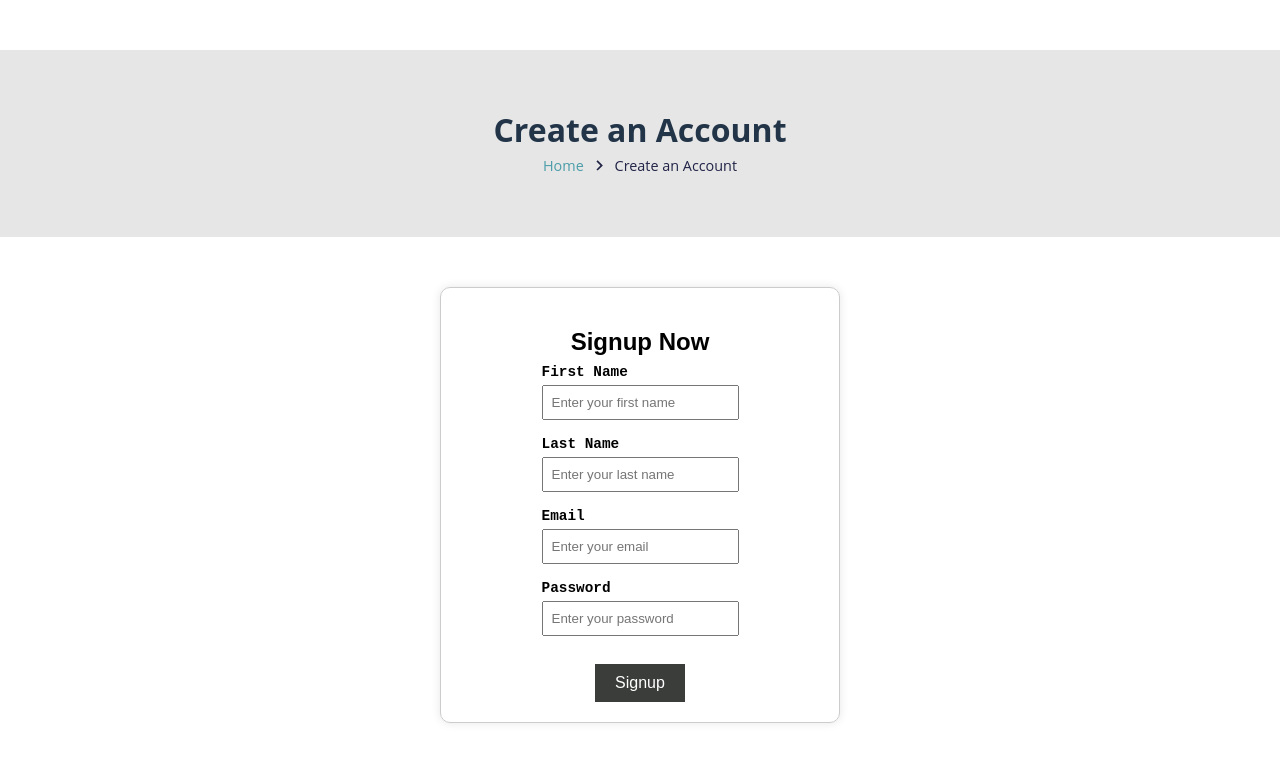
Repository: jkvekariya/Online-store-Management
Page: /auth/signup (app in frontend/client/)
The author's editor kept a copy of each file at every save. The page is drawn from the files as they stood at one save, then again after the next save.
The browser window is 1280 px wide. The pictures show the whole page.
Some web fonts or font styles are not loaded; a fallback is used. The project was rebuilt for these pictures with package versions that can differ from the ones it lists, and the page was loaded fresh each time. Also part of the build but not shown: frontend/client/vite.config.js, frontend/client/src/css/header.css, frontend/client/src/css/sidebar.css, frontend/client/src/components/Sidebar.jsx, frontend/client/src/context/CartContext.jsx, frontend/client/src/components/Header.jsx, frontend/client/src/css/footer.css, frontend/client/src/components/Footer.jsx and 11 more.

Above is the page before, as saved 2026-01-02 13:46:10.

### frontend/client/index.html
<!doctype html>
<html lang="en">
  <head>
    <meta charset="UTF-8" />
    <link rel="icon" type="image/svg+xml" href="/vite.svg" />
    <meta name="viewport" content="width=device-width, initial-scale=1.0" />
    <title>Online Store Management System</title>
  </head>
  <body>
    <div id="root"></div>
    <script type="module" src="/src/main.jsx"></script>
  </body>
</html>

### frontend/client/src/main.jsx
import React from 'react'
import ReactDOM from 'react-dom/client'
import { BrowserRouter } from 'react-router-dom'
import App from './App.jsx'
import './index.css'

ReactDOM.createRoot(document.getElementById('root')).render(
  <React.StrictMode>
    <BrowserRouter>
      <App />
    </BrowserRouter>
  </React.StrictMode>,
)

### frontend/client/src/App.jsx
import { Routes, Route } from "react-router-dom";

import AuthLayout from "./layout/AuthLayout";
import UserLayout from "./layout/UserLayout";
import AdminLayout from "./layout/AdminLayout";

import Login from "./pages/auth/Login";
import Signup from "./pages/auth/Signup";
import Home from "./pages/user/Home";
import Dashboard from "./pages/admin/Dashboard";
import Contact from "./pages/user/Contact";
import About from "./pages/user/About";
import Services from "./pages/user/Services";
import Shop from "./pages/user/Shop";

function App() {
  return (
    <Routes>

      {/* AUTH ROUTES */}
      <Route path="/auth" element={<AuthLayout />}>
        <Route path="login" element={<Login />} />
        <Route path="signup" element={<Signup />} />
      </Route>

      {/* USER ROUTES */}
      <Route path="/" element={<UserLayout />}>
        <Route index element={<Home />} />
        <Route path="pages/user/contact" element={<Contact />} />
        <Route path="pages/user/about" element={<About />} />
        <Route path="pages/user/services" element={<Services />} />
        <Route path="pages/user/shop" element={<Shop />} />
      </Route>

      {/* ADMIN ROUTES */}
      <Route path="/admin" element={<AdminLayout />}>
        <Route path="dashboard" element={<Dashboard />} />
      </Route>

    </Routes>
  );
}

export default App;

### frontend/client/src/index.css
* {
  margin: 0;
  padding: 0;
  box-sizing: border-box;
}

#root {
  min-height: 100vh;
}

### frontend/client/src/layout/AuthLayout.jsx
import { Outlet } from "react-router-dom";

const AuthLayout = () => {
  return (
    <div>
      {/* <h2>Auth Section</h2> */}
      <Outlet />
    </div>
  );
};

export default AuthLayout;

### frontend/client/src/pages/auth/Signup.jsx
import React, { useState } from 'react'
import "../../css/signup.css"
import Bodyheader from '../../components/BodyHeader';

const Signup = () => {

    const [email,setEMail] = useState("");
    const [password,setPassword] = useState("");
    const [firstName,setFirstName] = useState("");
    const [lastName,setLastName] = useState("");

  return (
    <>
    <Bodyheader title="Create an Account" />
    <div className='main-container'>
      <h2>Signup Now</h2>
      <div className='first-name-box'>
            <label htmlFor="text">First Name</label>
            <input type="text"
            id="first-name"
            value={firstName}
            onChange={(e) => setFirstName(e.target.value)}
            placeholder='Enter your first name'
            />
        </div>
        <div className='last-name-box'>
            <label htmlFor="text">Last Name</label>
            <input type="text"
            id="last-name"
            value={lastName}
            onChange={(e) => setLastName(e.target.value)}
            placeholder='Enter your last name'
            />
        </div>
        <div className='email-box'>
            <label htmlFor="email">Email</label>
            <input type="email"
            id="email"
            value={email}
            onChange={(e) => setEMail(e.target.value)}
            placeholder='Enter your email'
            />
        </div>
        <div className='password-box'>
            <label htmlFor="password">Password</label>
            <input type="password"
            id="password"
            value={password}
            onChange={(e) => setPassword(e.target.value)}
            placeholder='Enter your password'
            />
        </div>
      <div className='btn'>
            <button onClick={() => {}}>Signup</button>
      </div>
    </div>
    </>
  )
}

export default Signup

### frontend/client/src/css/login.css
.main-container{
    width: 400px;
    margin: auto;
    border: 1px solid #ccc;
    padding: 20px;
    border-radius: 10px;
    box-shadow: 0 0 10px rgba(0, 0, 0, 0.1);
    margin-top: 50px;
    font-family: Arial, sans-serif;
    display: flex;
    justify-content: center;
    align-items: center;
    flex-direction: column;
}

label{
    font-size: 0.9rem;
    display: block;
    font-family: 'Courier New', Courier, monospace;
    font-weight: 700;
    /* margin-bottom: 5px; */
}

.main-container .email-box,.password-box{
 margin: 0.5rem 0;
}

input{
    padding: 8px;
    width: 100%;
    margin-top: 5px;
}

.main-container h2{
    text-align: center;
    margin-top: 20px;
}

.btn{
    width: 100%;
    text-align: center;
}

button{
    margin-top: 20px;
    padding: 10px 20px;
    font-size: 16px;
    cursor: pointer;
    background-color: #3a3d3a;
    color: white;
    border: none;
}

### frontend/client/src/css/signup.css
.main-container{
    width: 400px;
    /* margin: auto; */
    border: 1px solid #ccc;
    padding: 20px;
    border-radius: 10px;
    box-shadow: 0 0 10px rgba(0, 0, 0, 0.1);
    margin-top: 50px;
    font-family: Arial, sans-serif;
    display: flex;
    justify-content: center;
    align-items: center;
    flex-direction: column;
}

label{
    font-size: 0.9rem;
    display: block;
    font-family: 'Courier New', Courier, monospace;
    font-weight: 700;
    /* margin-bottom: 5px; */
}

.main-container .email-box,.password-box,.first-name-box,.last-name-box{
 margin: 0.5rem 0;
}

input{
    padding: 8px;
    width: 100%;
    margin-top: 5px;
}

.main-container h2{
    text-align: center;
    margin-top: 20px;
}

.btn{
    width: 100%;
    text-align: center;
}

button{
    margin-top: 20px;
    padding: 10px 20px;
    font-size: 16px;
    cursor: pointer;
    background-color: #3a3d3a;
    color: white;
    border: none;
}

### frontend/client/src/components/BodyHeader.jsx
import "../css/bodyheader.css"
import {Link} from 'react-router-dom'
import { MdKeyboardArrowRight } from "react-icons/md";

const Bodyheader = ({title}) => {
  return (
    <>
        <div className="b-header-bg">
            <div className="page-title">
                <h2>{title}</h2>
                <div className="ul-links">
                <ul>
                    <li id="home-link">
                        <Link to='/'>Home</Link>
                    </li>
                       <li><MdKeyboardArrowRight/></li>
                    <li>
                        <Link to=''>{title}</Link>
                    </li>
                </ul>
                </div>
            </div>
        </div>
    </>
  )
}

export default Bodyheader;

### frontend/client/src/css/bodyheader.css
@import url('https://fonts.googleapis.com/css2?family=BBH+Bartle&family=Nunito:ital,wght@0,200..1000;1,200..1000&family=Ubuntu:ital,wght@0,300;0,400;0,500;0,700;1,300;1,400;1,500;1,700&display=swap');

* {
    padding: 0;
    margin: 0;
    box-sizing: border-box;
  }

:root {
    --background-color: #E6E6E6;
    --header-text-color: #213448;
    --home-link-color: #4B9DA9;
    --title-color: #212447;
    --title-hover-color: #547792;
}

  .b-header-bg {
    margin-top: 50px;
    height: 26vh;
    width: 100vw;
    /* background-color: aqua; */
    background: var(--background-color);
    /* background-blend-mode: darken; */
    /* background-size: cover; */
    /* background-repeat: no-repeat; */
    /* background-position: center; */
    /* background-position-y: 56%; */
    display: flex;
    justify-content: center;
    align-items: center;
  }

  .b-header-bg .page-title {
    height: 10rem;
    width: 20rem;
    display: grid;
    place-items: center;
    align-content: center;
  }

  .b-header-bg .page-title h2 {
    font-size: 2rem;
    color: var(--header-text-color);
    font-family: "Open Sans", sans-serif;
    font-weight: 700;
    font-style: normal;
    position: relative;
    z-index: 100;
  }

   .b-header-bg .page-title .ul-links ul{
    /* height: 4rem; */
    width: 10rem;
    display: flex;
    justify-content: center;
    align-items: center;
    gap:0;
  }

  .b-header-bg .page-title .ul-links ul #home-link a {
    color: var(--home-link-color);
  }


  .b-header-bg .page-title .ul-links ul li{
    /* height: 2rem; */
    display: flex;
    justify-content: center;
    align-items: center;
  }

  .b-header-bg .page-title .ul-links ul li svg{
      font-size: 1.3rem;
      color: var(--title-color);
  }

  .b-header-bg .page-title .ul-links ul li a{
    width: max-content;
    text-decoration: none;
    padding: 5px;
    color: var(--title-color);
    font-family: "Open Sans", sans-serif;
    font-weight: 400;
    font-size: 0.9rem;
    font-style: normal;
  }

  .b-header-bg .page-title .ul-links ul li a:hover{
      color: var(--title-hover-color);
  }

Loaded but not shown: frontend/client/src/css/header.css (no copy from this time; the picture is the same without it)

After the next save:
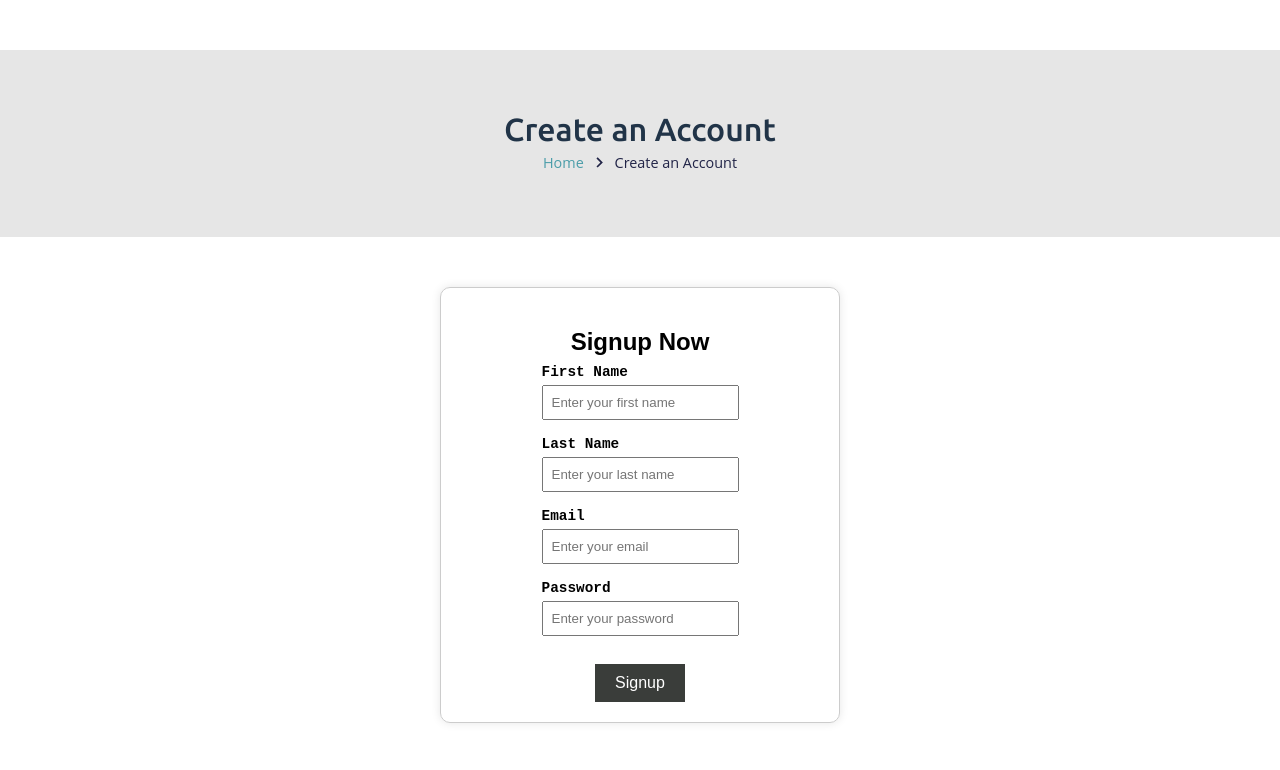
Saved 40 s later.
--- a/frontend/client/src/css/bodyheader.css
+++ b/frontend/client/src/css/bodyheader.css
@@ -41,8 +41,8 @@
   .b-header-bg .page-title h2 {
     font-size: 2rem;
     color: var(--header-text-color);
-    font-family: "Open Sans", sans-serif;
-    font-weight: 700;
+    font-family: "Ubuntu", sans-serif;
+    font-weight: 500;
     font-style: normal;
     position: relative;
     z-index: 100;
